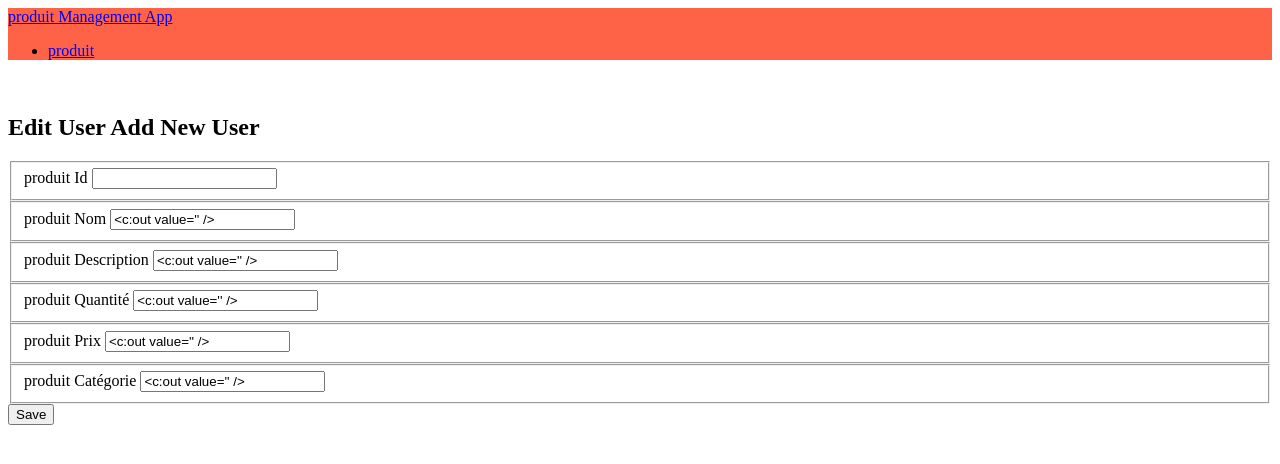
Repository: youssefeddib/ManagSport
Page: http://localhost/Application_du_gestion/
An editor plug-in stored every save of this project. The page is shown before and after the next save, followed by the edit.
The browser window is 1280 px wide. The pictures show the whole page.
The page is served by Tomcat 9.

Above is the page before, as saved 2025-02-13 10:45:30.

After the next save:
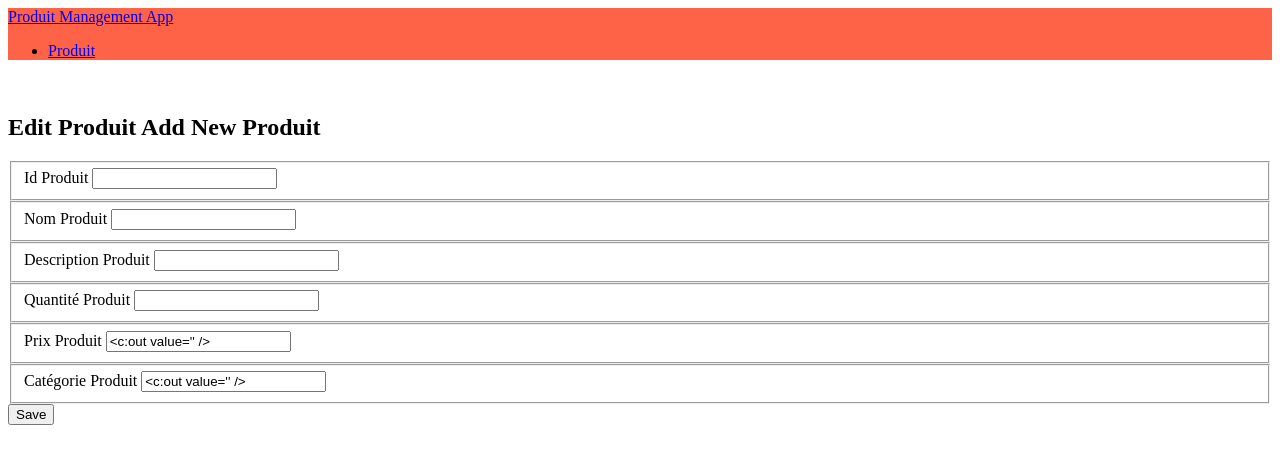
Saved 7 min 58 s later.
--- a/Application du gestion/src/main/webapp/index.jsp
+++ b/Application du gestion/src/main/webapp/index.jsp
@@ -9,11 +9,11 @@
 <header>
                 <nav class="navbar navbar-expand-md navbar-dark" style="background-color: tomato">
                     <div>
-                        <a href="https://www.javaguides.net" class="navbar-brand"> produit Management App </a>
+                        <a href="https://www.javaguides.net" class="navbar-brand"> Produit Management App </a>
                     </div>
 
                     <ul class="navbar-nav">
-                        <li><a href="<%=request.getContextPath()%>/list" class="nav-link">produit</a></li>
+                        <li><a href="<%=request.getContextPath()%>/list" class="nav-link">Produit</a></li>
                     </ul>
                 </nav>
             </header>
@@ -31,10 +31,10 @@
                         <caption>
                             <h2>
                                 <c:if test="${user != null}">
-                                    Edit User
+                                    Edit Produit
                                 </c:if>
                                 <c:if test="${user == null}">
-                                    Add New User
+                                    Add New Produit
                                 </c:if>
                             </h2>
                         </caption>
@@ -44,27 +44,27 @@
                         </c:if>
 
                         <fieldset class="form-group">
-                            <label>produit Id</label> <input type="text" value=  >
+                            <label> Id Produit</label> <input type="text" value=  >
                         </fieldset>
 
                         <fieldset class="form-group">
-                            <label>produit Nom</label> <input type="text" value="<c:out value='${user.email}' />" class="form-control" name="email">
+                            <label>Nom Produit</label> <input type="text" value= >
                         </fieldset>
 
                         <fieldset class="form-group">
-                            <label>produit Description</label> <input type="text" value="<c:out value='${user.country}' />" class="form-control" name="country">
+                            <label>Description Produit</label> <input type="text" value= >
                         </fieldset>
 
                          <fieldset class="form-group">
-                            <label>produit Quantité</label> <input type="text" value="<c:out value='${user.country}' />" class="form-control" name="country">
+                            <label>Quantité Produit</label> <input type="text" value= >
                         </fieldset>
 
                         <fieldset class="form-group">
-                            <label>produit Prix</label> <input type="text" value="<c:out value='${user.country}' />" class="form-control" name="country">
+                            <label>Prix Produit</label> <input type="text" value="<c:out value='${user.country}' />" class="form-control" name="country">
                         </fieldset>
 
                         <fieldset class="form-group">
-                            <label>produit Catégorie</label> <input type="text" value="<c:out value='${user.country}' />" class="form-control" name="country">
+                            <label>Catégorie Produit</label> <input type="text" value="<c:out value='${user.country}' />" class="form-control" name="country">
                         </fieldset>
 
 
